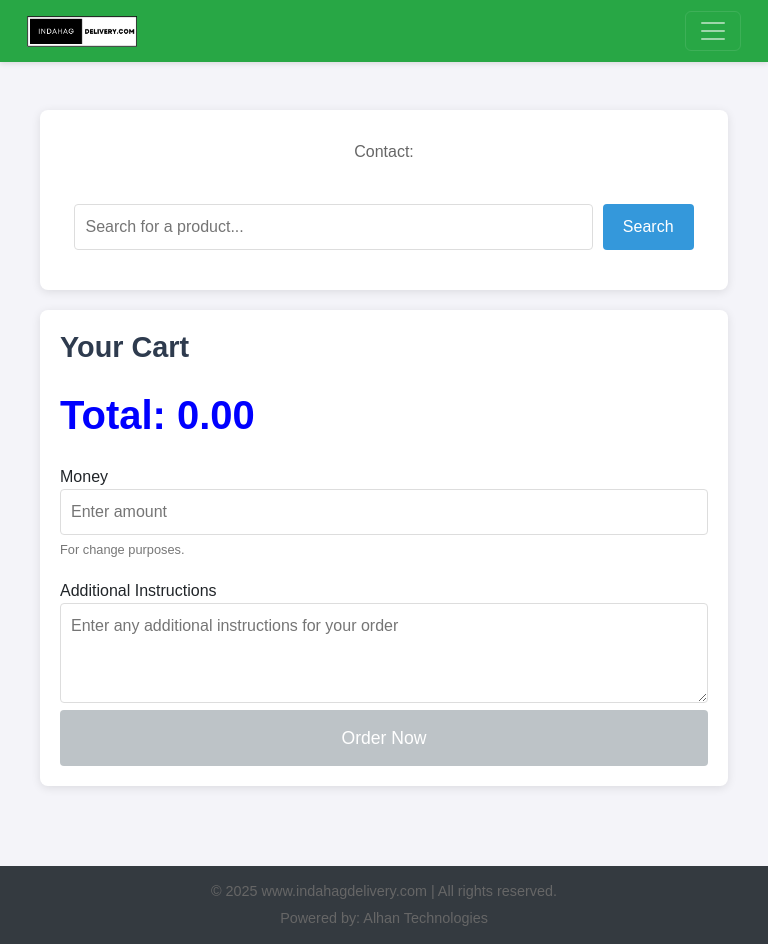
Repository: Jijiluzana225/indahagdelivery.com
Page: store/templates/store/store_products.html
An editor plug-in stored every save of this project. The page is shown before and after the next save, followed by the edit.
The browser window is 768 px wide. The pictures show the whole page.
The template is drawn by Django 5.2. The application's start-up code is not run. Other server files are loaded and not shown. The template is opened directly, without the code that normally fills it, so the values that code supplies are empty.

Above is the page before, as saved 2025-01-22 11:45:32.

### store/templates/store/store_products.html
{% extends 'store/base.html' %}

{% block title %}Order from {{ store.name }}{% endblock %}

{% block content %}

<style>
    /* General Styles */
    body {
        font-family: Arial, sans-serif;
        margin: 0;
        padding: 0;
        background-color: #f4f4f9;
    }

    h1, h2, h3 {
        color: #333;
        font-weight: 600;
    }

    p {
        font-size: 1rem;
        color: #666;
        margin-bottom: 0.5rem;
    }

    /* Container for left and right columns */
    .container {
        display: flex;
        justify-content: space-between;
        padding: 20px;
        max-width: 1200px;
        margin: 0 auto;
        flex-wrap: wrap;
    }

    /* Left column - product listing */
    .left-column {
        width: 65%;
        padding: 20px;
        background-color: #fff;
        box-shadow: 0 2px 10px rgba(0, 0, 0, 0.1);
        border-radius: 8px;
        overflow: hidden;
    }

    .left-column h1 {
        font-size: 2rem;
        color: #2e3b4e;
    }

    .left-column p {
        font-size: 1rem;
        margin-bottom: 20px;
    }

    .search-box {
        margin-bottom: 20px;
        display: flex;
        justify-content: center;
    }

    .search-box input {
        width: 80%;
        padding: 10px;
        font-size: 1rem;
        border-radius: 4px;
        border: 1px solid #ddd;
        margin-right: 10px;
    }

    .search-box button {
        background-color: #3498db;
        color: #fff;
        padding: 10px 20px;
        border: none;
        border-radius: 4px;
        cursor: pointer;
    }

    .search-box button:hover {
        background-color: #2980b9;
    }

    .products {
        display: grid;
        grid-template-columns: repeat(auto-fill, minmax(250px, 1fr));
        gap: 20px;
    }

    /* Individual Product Cards */
    .product-card {
        background-color: #fff;
        border: 1px solid #ddd;
        border-radius: 8px;
        padding: 15px;
        box-shadow: 0 2px 8px rgba(0, 0, 0, 0.1);
        text-align: center;
        transition: transform 0.3s ease, box-shadow 0.3s ease;
    }

    .product-card:hover {
        transform: scale(1.05);
        box-shadow: 0 4px 16px rgba(0, 0, 0, 0.2);
    }

    .product-card img {
        max-width: 100%;
        height: auto;
        border-radius: 8px;
    }

    .product-card h3 {
        font-size: 1.2rem;
        color: #2e3b4e;
        margin: 10px 0;
    }

    .product-card p {
        font-size: 0.9rem;
        color: #777;
    }

    .product-card .formatted-price {
        font-size: 1.1rem;
        color: #e74c3c;
        font-weight: bold;
    }

    .product-card button {
        background-color: #28a745;
        color: #fff;
        padding: 10px 20px;
        border: none;
        border-radius: 4px;
        cursor: pointer;
        font-size: 1rem;
        transition: background-color 0.3s ease;
    }

    .product-card button:hover {
        background-color: #218838;
    }

    /* Spacing Between Qty and Add to Cart button */
    .product-card label {
        display: block;
        margin-bottom: 5px;
        font-size: 0.9rem;
        color: #555;
    }

    .product-card input[type="number"] {
        width: 60px;
        padding: 5px;
        margin-bottom: 15px; /* Space between input and button */
        border-radius: 4px;
        border: 1px solid #ddd;
        text-align: center;
        font-size: 1rem;
    }

    /* Right Column - Cart */
    .right-column {
        width: 30%;
        padding: 20px;
        background-color: #fff;
        box-shadow: 0 2px 10px rgba(0, 0, 0, 0.1);
        border-radius: 8px;
        position: sticky;
        top: 20px;
    }

    .right-column h2 {
        font-size: 1.8rem;
        color: #2e3b4e;
        margin-bottom: 20px;
    }

    .cart-items {
        margin-bottom: 20px;
    }

    .cart-item {
        display: flex;
        justify-content: space-between;
        align-items: center;
        padding: 10px 0;
        border-bottom: 1px solid #ddd;
    }

    .cart-item p {
        font-size: 0.85rem; /* Smaller font size */
        color: #333;
    }

    .cart-item input {
        width: 50px;
        padding: 5px;
        border-radius: 4px;
        border: 1px solid #ddd;
        text-align: center;
    }

    .cart-item button {
        background-color: #e74c3c;
        color: #fff;
        border: none;
        padding: 5px 10px;
        border-radius: 4px;
        cursor: pointer;
    }

    .cart-item button:hover {
        background-color: #c0392b;
    }

    .cart-total {
        font-size: 0.9rem; /* Smaller font size */
        font-weight: bold;
        color: #333;
        margin-top: 20px;
    }

    .money-input {
        margin-top: 20px;
    }

    .money-input input {
        width: 100%;
        padding: 10px;
        border-radius: 4px;
        border: 1px solid #ddd;
    }

    .money-input small {
        font-size: 0.8rem;
        color: #777;
        display: block;
        margin-top: 5px;
    }

    .additional-instructions {
        margin-top: 20px;
    }

    .additional-instructions textarea {
        width: 100%;
        height: 100px;
        padding: 10px;
        border-radius: 4px;
        border: 1px solid #ddd;
        font-size: 1rem;
    }

    .order-button {
        background-color: #3498db;
        color: #fff;
        border: none;
        padding: 15px 20px;
        font-size: 1.1rem;
        border-radius: 4px;
        width: 100%;
        cursor: pointer;
        transition: background-color 0.3s ease;
    }

    .order-button:disabled {
        background-color: #bdc3c7;
        cursor: not-allowed;
    }

    .order-button:hover:not(:disabled) {
        background-color: #2980b9;
    }

    /* Responsive Design */
    /* Responsive Design */
@media (max-width: 768px) {
    .container {
        flex-direction: column;
        align-items: center;
    }

    .left-column, .right-column {
        width: 100%;
        margin-bottom: 20px;
    }

    .products {
        grid-template-columns: repeat(2, 1fr); /* Two columns on smaller screens */
        gap: 10px; /* Adjust spacing for smaller screens */
    }

    .store-header {
        display: flex;
        flex-direction: column;
        align-items: center;
        text-align: center;
        margin-bottom: 20px;
    }

    .store-header h1 {
        font-size: 2rem;
        color: #2e3b4e;
        margin-bottom: 10px;
    }

    .store-header p {
        font-size: 1rem;
        color: #666;
    }
}



</style>

<div class="container">
    <div class="left-column">
        <div class="store-header">
        <h1>{{ store.name }}</h1>
        <p>Contact: {{ store.contact_number }}</p>
        </div>
        <!-- Search Box -->
        <div class="search-box">
            <input type="text" id="searchBox" placeholder="Search for a product..." onkeyup="filterProducts()">
            <button>Search</button>
        </div>

        <div class="products" id="products-list">
            {% for item in items %}
            <div class="product-card" data-name="{{ item.product.name|lower }}">
                <img src="{{ item.product.picture.url }}" alt="{{ item.product.name }}">
                <h3>{{ item.product.name }}</h3>
                <p>{{ item.product.description }}</p>
                <p>Price: <span class="formatted-price">{{ item.product.price }}</span></p>
                <label for="quantity-{{ item.id }}">Qty:</label>
                <input type="number" id="quantity-{{ item.id }}" name="quantity" min="1" value="1">
                <button onclick="addToCart({{ item.id }}, '{{ item.product.name }}', {{ item.product.price }})">Add to Cart</button>
            </div>
            {% endfor %}
        </div>
    </div>

    <!-- Right column (cart) -->
    <div class="right-column">
        <h2>Your Cart</h2>
        <div class="cart-items" id="cart-items"></div>
        <div class="cart-total" id="cart-total" style="font-size:40px; color:blue";>Total: 0.00</div>

       <div class="money-input">
            <label for="money">Money</label>
            <input type="number" id="money" name="money" placeholder="Enter amount">
            <small>For change purposes.</small>
        </div>

        <!-- Additional Instructions Section -->
        <div class="additional-instructions">
            <label for="additional-instructions">Additional Instructions</label>
            <textarea id="additional-instructions" placeholder="Enter any additional instructions for your order"></textarea>
        </div>

        <!-- Order Now Button -->
        <button class="order-button" id="orderButton" onclick="proceedToCheckout()" disabled>Order Now</button>
    </div>
</div>

<script>
    let cart = [];

    function formatPrice(price) {
        return new Intl.NumberFormat('en-US', { minimumFractionDigits: 2, maximumFractionDigits: 2 }).format(price);
    }

    function addToCart(itemId, itemName, itemPrice) {
        const quantity = parseInt(document.getElementById(`quantity-${itemId}`).value);
        const existingItem = cart.find(item => item.id === itemId);

        if (existingItem) {
            existingItem.quantity += quantity;
        } else {
            cart.push({ id: itemId, name: itemName, price: itemPrice, quantity: quantity });
        }

        renderCart();
    }

    function updateCartItem(itemId, newQuantity) {
        const item = cart.find(item => item.id === itemId);
        if (item) {
            item.quantity = newQuantity;
            renderCart();
        }
    }

    function deleteCartItem(itemId) {
        cart = cart.filter(item => item.id !== itemId);
        renderCart();
    }

    function renderCart() {
        const cartItemsContainer = document.getElementById('cart-items');
        const cartTotal = document.getElementById('cart-total');
        const orderButton = document.getElementById('orderButton');
        cartItemsContainer.innerHTML = '';
        let total = 0;

        cart.forEach(item => {
            const itemTotal = item.price * item.quantity;
            total += itemTotal;

            cartItemsContainer.innerHTML += `
                <div class="cart-item">
                    <p>${item.name}</p>
                    <p>Price: ${formatPrice(item.price)}</p>
                    <input type="number" min="1" value="${item.quantity}" onchange="updateCartItem(${item.id}, this.value)">
                    <p>${formatPrice(itemTotal)}</p>
                    <button onclick="deleteCartItem(${item.id})">×</button>
                </div>
            `;
        });

        cartTotal.innerText = `Total: ${formatPrice(total)}`;

        // Enable the "Order Now" button only if the cart is not empty
        orderButton.disabled = cart.length === 0;
    }

    function calculateTotalPrice() {
        return cart.reduce((total, item) => total + item.price * item.quantity, 0);
    }

    function proceedToCheckout() {
        const storeId = '{{ store.id }}';  // Assuming store.id is available
        const totalPrice = calculateTotalPrice();  // Total price from cart
        const cartItems = cart.map(item => `${item.name},${item.price},${item.quantity}`).join("|");

        const money = document.getElementById('money').value;
        const instructions = document.getElementById('additional-instructions').value;

        // Make the POST request
        fetch('/checkout/', {
            method: 'POST',
            headers: {
                'Content-Type': 'application/x-www-form-urlencoded',
                'X-CSRFToken': '{{ csrf_token }}'  // CSRF token
            },
            body: `store_id=${storeId}&total_price=${totalPrice}&cart_items=${cartItems}&money=${money}&instructions=${instructions}`
        })
        .then(response => response.json())
        .then(data => {
            if (data.success) {
                alert('Order placed successfully!');
                window.location.href = '/dashboard';
            } else {
                alert('There was an error placing your order.');
            }
        })
        .catch(error => console.error('Error:', error));
    }



    function filterProducts() {
        const searchTerm = document.getElementById("searchBox").value.toLowerCase();
        const productCards = document.querySelectorAll(".product-card");

        productCards.forEach(card => {
            const productName = card.getAttribute("data-name");
            if (productName.includes(searchTerm)) {
                card.style.display = "block";
            } else {
                card.style.display = "none";
            }
        });
    }

    function updateOrderStatus(orderId, status) {
        fetch(`/update_order_status/${orderId}/`, {
            method: 'POST',
            headers: {
                'Content-Type': 'application/json',
                'X-CSRFToken': '{{ csrf_token }}'
            },
            body: JSON.stringify({ status: status })
        })
        .then(response => response.json())
        .then(data => {
            if (data.success) {
                alert('Order status updated');
            } else {
                alert('Failed to update status');
            }
        });
    }
</script>

{% endblock %}

### store/templates/store/base.html
{% load static %}
<!DOCTYPE html>
<html lang="en">
<head>
    <meta charset="UTF-8">
    <meta name="viewport" content="width=device-width, initial-scale=1.0">
    <title>indahagdelivery.com</title>
    <link href="https://cdn.jsdelivr.net/npm/bootstrap@5.3.0-alpha3/dist/css/bootstrap.min.css" rel="stylesheet">
    <style>
        /* Navbar Styling */
        .navbar {
            position: fixed;
            top: 0;
            left: 0;
            right: 0;
            width: 100%;
            background-color: #28a745; /* E-commerce theme */
            padding: 10px 15px;
            z-index: 1000;
            box-shadow: 0 2px 5px rgba(0, 0, 0, 0.1);
        }

        .navbar .navbar-brand img {
            max-width: 110px;
        }

        .navbar-nav {
            display: flex;
            align-items: center;
        }

        .navbar-nav .nav-item {
            margin-right: 15px;
        }

        .open-close-btn {
            padding: 6px 14px;
            font-size: 0.9rem;
            background-color: #007bff;
            color: #fff;
            border: none;
            border-radius: 20px;
            transition: background-color 0.3s ease;
        }

        .open-close-btn:hover {
            background-color: #0056b3;
        }

        .profile-picture {
            width: 35px;
            height: 35px;
            border-radius: 50%;
            object-fit: cover;
        }

        /* Responsive Navbar Adjustments */
        @media (max-width: 768px) {
            .navbar-brand img {
                max-width: 80px;
            }

            .navbar-nav .nav-item {
                margin-right:10px;
            }

            .open-close-btn {
                margin-top: 10px;
            }
        }

        /* Footer Styling */
        footer {
            background-color: #343a40;
            color: #fff;
            padding: 15px;
            text-align: center;
            margin-top: 20px;
        }

        footer .footer-text p {
            margin: 0;
            font-size: 0.9rem;
        }

        footer .footer-text p:not(:last-child) {
            margin-bottom: 5px;
        }
    </style>
</head>
<body style="margin-top: 70px;">
    <!-- Navbar -->
    <nav class="navbar navbar-expand-lg navbar-dark">
        <div class="container-fluid">
            <a href="{% url 'store_list' %}" class="navbar-brand">
                <img src="{% static 'admin/img/Indahag.png' %}" alt="Logo">
            </a>

            <!-- Open/Close Button -->
            {% if request.user.is_authenticated and 'Store' in request.user.groups.all|join:" " %}
                <a href="{% url 'update_store_open' %}" class="open-close-btn">Open/Close</a>
            {% endif %}

            <button class="navbar-toggler" type="button" data-bs-toggle="collapse" data-bs-target="#navbarNav" aria-controls="navbarNav" aria-expanded="false" aria-label="Toggle navigation">
                <span class="navbar-toggler-icon"></span>
            </button>
            <div class="collapse navbar-collapse" id="navbarNav">
                <ul class="navbar-nav ms-auto">
                    <li class="nav-item">
                        <img src="{{ user.customer.profile_picture.url }}" alt="Profile Picture" class="profile-picture">
                    </li>
                    <li class="nav-item">
                        <h5 class="mb-0 text-white">{{ user.customer.name }}</h5>
                    </li>
                    <li class="nav-item">
                        <form action="{% url 'logout' %}" method="POST" class="d-inline">
                            {% csrf_token %}
                            <button type="submit" class="btn btn-danger btn-sm">Logout</button>
                        </form>
                    </li>
                    <li class="nav-item">
                        <a href="{% url 'update_profile' %}" class="btn btn-link btn-sm text-white">Change Address</a>
                    </li>
                </ul>
            </div>
        </div>
    </nav>

    <!-- Content Block -->
    <div class="container mt-4">
        {% block content %}
        {% endblock %}
    </div>

    <!-- Footer -->
    <footer>
        <div class="footer-text">
            <p>&copy; 2025 www.indahagdelivery.com | All rights reserved.</p>
            <p>Powered by: Alhan Technologies</p>
        </div>
    </footer>

    <!-- Scripts -->
    <script src="https://cdn.jsdelivr.net/npm/bootstrap@5.3.0-alpha3/dist/js/bootstrap.bundle.min.js"></script>
</body>
</html>

After the next save:
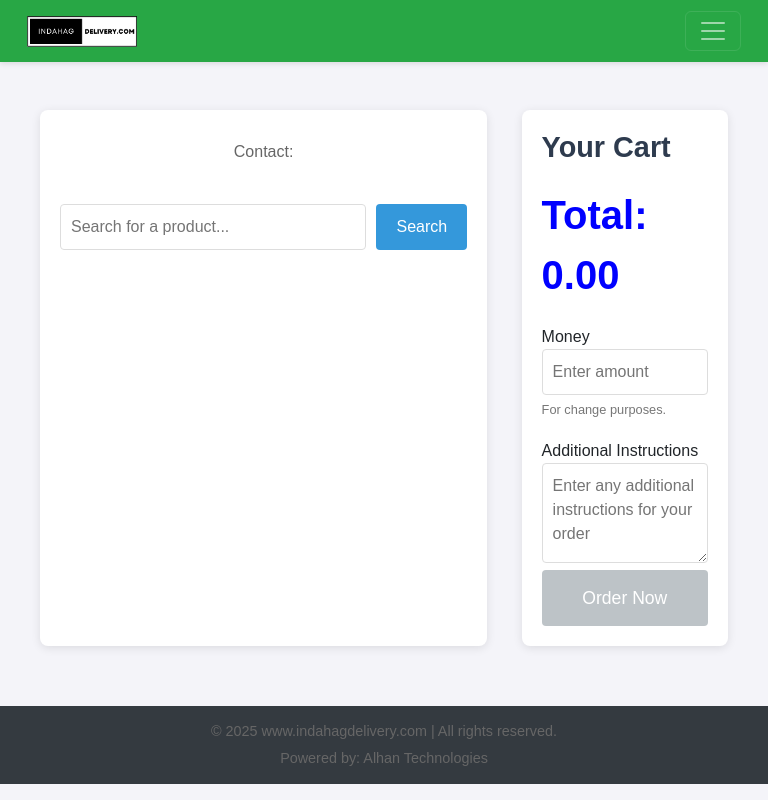
Saved 2 min 55 s later.
--- a/store/templates/store/store_products.html
+++ b/store/templates/store/store_products.html
@@ -278,14 +278,24 @@
     /* Responsive Design */
 @media (max-width: 768px) {
     .container {
-        flex-direction: column;
-        align-items: center;
+        display: flex;
+        justify-content: space-between;
+        padding: 20px;
+        max-width: 1200px;
+        margin: 0 auto;
+        flex-wrap: wrap;
     }
 
     .left-column, .right-column {
-        width: 100%;
-        margin-bottom: 20px;
-    }
+        padding: 20px;
+        margin: 0; /* Remove any default margin */
+    }
+
+    body {
+        margin: 0; /* Remove body margins */
+        padding: 0;
+    }
+
 
     .products {
         grid-template-columns: repeat(2, 1fr); /* Two columns on smaller screens */

After the save that followed:
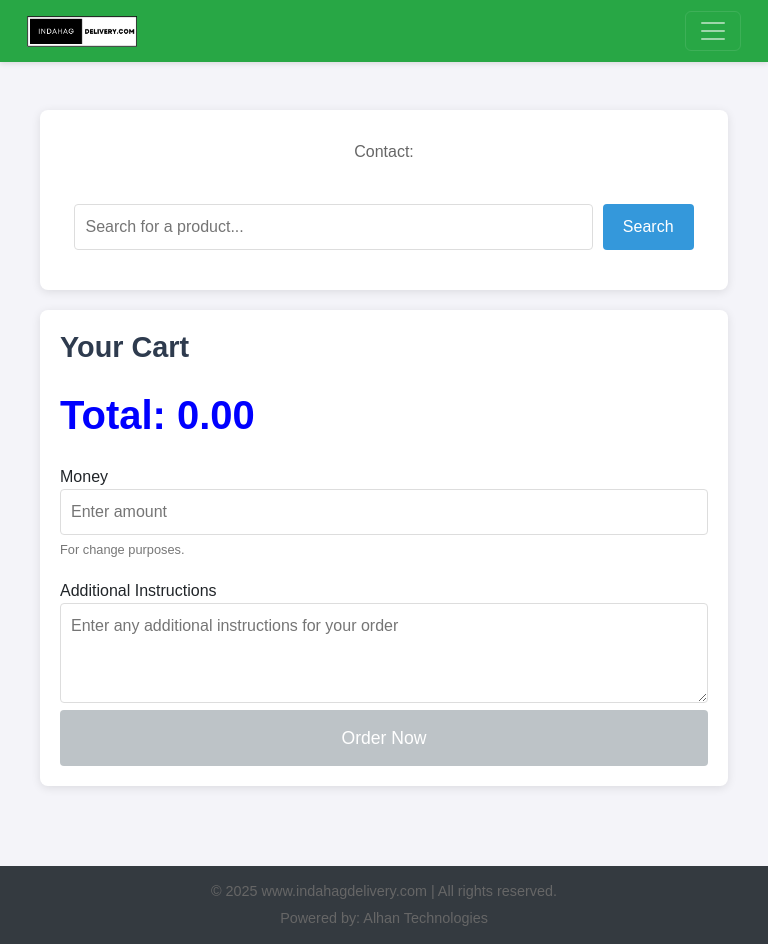
Saved 24 s later.
--- a/store/templates/store/store_products.html
+++ b/store/templates/store/store_products.html
@@ -278,24 +278,14 @@
     /* Responsive Design */
 @media (max-width: 768px) {
     .container {
-        display: flex;
-        justify-content: space-between;
-        padding: 20px;
-        max-width: 1200px;
-        margin: 0 auto;
-        flex-wrap: wrap;
+        flex-direction: column;
+        align-items: center;
     }
 
     .left-column, .right-column {
-        padding: 20px;
-        margin: 0; /* Remove any default margin */
-    }
-
-    body {
-        margin: 0; /* Remove body margins */
-        padding: 0;
-    }
-
+        width: 100%;
+        margin-bottom: 20px;
+    }
 
     .products {
         grid-template-columns: repeat(2, 1fr); /* Two columns on smaller screens */
